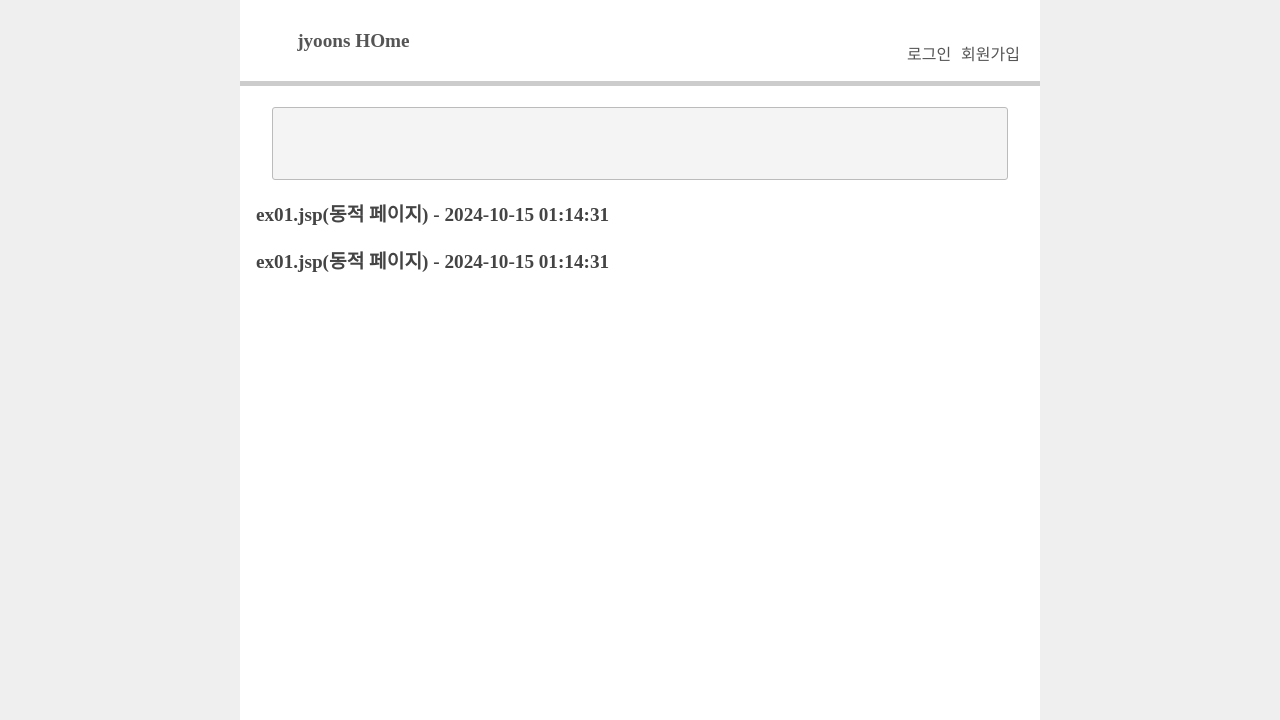
Repository: jyoons00/JSP-sample
Page: http://localhost/jspPro/days01/ex01.jsp
These files come from the project's save history. The page is drawn as it stood at one moment and after the next save; the edit follows.
The browser window is 1280 px wide. The pictures show the whole page.
Some web fonts or font styles are not loaded; a fallback is used. The page is served by Tomcat 9. Other server files are loaded and not shown.

Above is the page before, as saved 2024-10-15 03:09:09.
Console error: SyntaxError: Unexpected number

### jspPro/src/main/webapp/days01/ex01.jsp
<%@page import="java.text.SimpleDateFormat"%>
<%@page import="java.util.Date"%>
<%@ page contentType="text/html; charset=UTF-8" pageEncoding="UTF-8"%>

<%
	// 스크립트릿(Scriptlet)
 	// 자바코딩(변수, 제어문 등등)
	Date now = new Date();

	// 2024-10-15 11:10:45
	String pattern = "yyyy-MM-dd hh:mm:ss";
	SimpleDateFormat sdf = new SimpleDateFormat(pattern);
	String strNow = sdf.format(now);
	// System.out.printf("> strNow : %s\n", strNow);
%>
<!DOCTYPE html>
<html>
  <head>
    <meta charset="UTF-8" />
    <title>Insert title here</title>
    <link
      rel="shortcut icon"
      type="image/x-icon"
      href="http://localhost/jspPro/images/SiSt.ico"
    />
    <script src="https://ajax.googleapis.com/ajax/libs/jquery/3.7.1/jquery.min.js"></script>
    <meta name="viewport" content="width=device-width, initial-scale=1.0" />
    <link
      rel="stylesheet"
      href="http://localhost/jspPro/resources/cdn-main/example.css"
    />
    <script src="http://localhost/jspPro/resources/cdn-main/example.js"></script>
    <style>
      span.material-symbols-outlined {
        vertical-align: text-bottom;
      }
    </style>
  </head>
  <body>
    <header>
      <h1 class="main">
        <a href="#" style="position: absolute; top: 30px">jyoons HOme</a>
      </h1>
      <ul>
        <li><a href="#">로그인</a></li>
        <li><a href="#">회원가입</a></li>
      </ul>
    </header>
    <div>
      <xmp class="code">

  	  </xmp>

  	    <h3>ex01.jsp(동적 페이지) - <%= strNow %></h3>
  	    <h3>ex01.jsp(동적 페이지) - <%  out.print(strNow); %></h3>
    </div>

    <script>
    	let now = <%= strNow %>;
    </script>
  </body>
</html>

### jspPro/src/main/webapp/resources/cdn-main/example.css
@charset "UTF-8";

@import url('https://fonts.googleapis.com/css2?family=Material+Symbols+Outlined:opsz,wght,FILL,GRAD@20..48,100..700,0..1,-50..200');

@font-face {
    font-family: 'GmarketSansMedium';
    src: url('https://cdn.jsdelivr.net/gh/projectnoonnu/noonfonts_2001@1.1/GmarketSansMedium.woff') format('woff');
    font-weight: normal;
    font-style: normal;
}

:root {
	--text-color: #555;
	--sub-text-color: #777;
	--back-color: #EFEFEF;
	--header-color: #444;
	--primary-color: #DEDEDE;
	--secondary-color: #EFEFEF;
	--default-width: 800px;
	--narrow-width: 500px;
	--wide-width: 1200px;
	--text-font: 'GmarketSansMedium';
	--icon-font: 'Material Symbols Outlined';
	--border-color: #CCC;
}

html, body {
	margin: 0;
	padding: 0;
}

html {
	background-color: var(--back-color);
	display: flex;
	justify-content: center;
	min-height: 100vh;
}

body, body.default {
	width: var(--default-width);
	background-color: white;
	padding-bottom: 120px;
}

body.wide {
	width: var(--wide-width);
}

body.narrow {
	width: var(--narrow-width);
}



body, p, div, span, a, input, select, option, textarea, button, table, th, td, label, fieldset, legend {
	font-family: var(--text-font);
	color: var(--text-color);
}

h1, h2, h3 {
	font-family: var(--text-font);
	color: var(--header-color);
	padding: 0 1rem;
	padding-top: .5rem;
}

div > h1, div > h2, div > h3 {
	padding: 0;
}

body > div, body > main > div {
	padding: 0.3rem 1rem;
}


h1 { font-size: 2rem; border-bottom: 1px solid var(--border-color); }
h1 small { font-size: 1.2rem; color: var(--sub-text-color); }
h2 { font-size: 1.5rem; border-bottom: 1px dashed var(--border-color); }
h2 small { font-size: 1.1rem; color: --sub-text-color; }
h3 { font-size: 1.2rem; }
h3 small { font-size: 1rem; color: --sub-text-color; }



h1.main::before {
	font-family: var(--icon-font);
  	content: '\e666';
  	margin-right: 10px;
  	float: left;
	font-size: 2.5rem;
}

h1.sub::before {
	font-family: var(--icon-font);
  	content: '\ea19';
  	margin-right: 10px;
  	float: left;
	font-size: 2.5rem;
}


h1.page::before {
	font-family: var(--icon-font);
  	content: '\e0e0';
  	margin-right: 10px;
  	float: left;
	font-size: 2.5rem;
}

body > header > ul > li > .active{
	background-color: #FFF;
	color:#F00;
}

body > header {
	display: flex;
	justify-content: space-between;
	border-bottom: 5px solid var(--border-color);
	min-height: 74px;
	background-color: #FFF;
}

body > header.sticky {
	position: sticky;
	top: 0;
	z-index: 98;
}

body > header > h1 {
	font-size: 1.2rem;
	border: 0;
}

body > header.in > h1::before {
	font-family: var(--icon-font);
  	content: '\e332‥';
  	margin-right: 3px;
  	float: left;
	font-size: 2rem;
}


body > header > ul {
	list-style-type: none;
	display: flex;
	align-items: flex-end;
	margin-right: 10px;
}

body > header > ul > li {
	margin-right: 10px;
	cursor: pointer;
}

body > header > ul > li > a {
	cursor: pointer;
}


form {
	display: block;
}

form > div {
	padding: 0.3rem 1rem;
}

div > form > div {
	padding: 0.3rem 0;
}

input, textarea, button, select {
	border: 1px solid #BBB;
	border-radius: 3px;
	outline: none;
	resize: none;
	padding: 7px;
	margin: 0;
}

input[type=text]:read-only, textarea:read-only {
	cursor: not-allowed;
	background-color: #FFF;
}

input[type=text]:disabled, textarea:disabled {
	cursor: not-allowed;
	background-color: #EEE;
}

input[type=text], input[type=password], textarea, button, select {
	/* width: 300px; */
}

textarea {
	display: block;
	height: 100px;
}

input[type=button], input[type=submit], button {
	/* width: inherit; */
}

input.short, textarea.short, button.short, select.short {
	width: 100px;
}

input.long, textarea.long, button.long, select.long {
	width: 350px;
}

.narrow input.long, .narrow textarea.long, .narrow button.long, .narrow select.long {
	width: calc(100% - 20px);
}

input.full, textarea.full, button.full, select.full {
	width: calc(100% - 20px);
}

textarea.short {
	height: 50px;
}

textarea.long {
	height: 100px;
}

textarea.full {
	height: 200px;
}

input, textarea {
	padding-top: 8px;
}

input[type=button], input[type=submit], button {
	padding: 5px 10px;
	background-color: var(--secondary-color);
	cursor: pointer;
	min-height: 36px;
}

input[type=button].primary, input[type=submit].primary, button.primary {
	/* background-color: rgba(100, 149, 237, .2); */
	background-color: var(--primary-color);
}

input[type=button].primary:hover, input[type=submit].primary:hover, button.primary:hover {
	/* background-color: rgba(100, 149, 237, .3); */
	background-color: var(--secondary-color);
}

input[type=button]:hover, input[type=submit]:hover, button:hover {
	background-color: var(--primary-color);
}

button {
	position: relative;
	left: 0;
	top: 0;
	padding-left: 35px;
}

button .material-symbols-outlined {
	position: absolute;
	left: 10px;
	top: 4px;
}

/* k2nik add */
button.login::before {
	font-family: var(--icon-font);
  	content: '\ea77';
	position: absolute;
	left: 11px;
	top: 4px;
	font-size: 1.25rem;
}

/* k2nik logout */
button.logout::before {
	font-family: var(--icon-font);
  	content: '\e9ba';
	position: absolute;
	left: 11px;
	top: 4px;
	font-size: 1.25rem;
}

/* k2nik help */
button.help::before {
	font-family: var(--icon-font);
  	content: '\f1c0';
	position: absolute;
	left: 11px;
	top: 4px;
	font-size: 1.25rem;
}

button.add::before{
	font-family: var(--icon-font);
  	content: '\e746';
	position: absolute;
	left: 11px;
	top: 4px;
	font-size: 1.25rem;
}

button.back::before {
	font-family: var(--icon-font);
  	content: '\e166';
	position: absolute;
	left: 11px;
	top: 4px;
	font-size: 1.25rem;
}

button.list::before {
	font-family: var(--icon-font);
  	content: '\e0ee';
	position: absolute;
	left: 11px;
	top: 4px;
	font-size: 1.25rem;
}


button.del::before {
	font-family: var(--icon-font);
  	content: '\e872';
	position: absolute;
	left: 11px;
	top: 4px;
	font-size: 1.25rem;
}


button.edit::before {
	font-family: var(--icon-font);
  	content: '\e745';
	position: absolute;
	left: 11px;
	top: 4px;
	font-size: 1.25rem;
}


button.login::before {
	font-family: var(--icon-font);
  	content: '\ea77';
	position: absolute;
	left: 11px;
	top: 4px;
	font-size: 1.25rem;
}


button.logout::before {
	font-family: var(--icon-font);
  	content: '\e9ba';
	position: absolute;
	left: 11px;
	top: 4px;
	font-size: 1.25rem;
}


button.in::before {
	font-family: var(--icon-font);
  	content: '\f71a';
	position: absolute;
	left: 11px;
	top: 4px;
	font-size: 1.25rem;
}


button.out::before {
	font-family: var(--icon-font);
  	content: '\f70e';
	position: absolute;
	left: 11px;
	top: 4px;
	font-size: 1.25rem;
}


button.reply::before {
	font-family: var(--icon-font);
  	content: '\e15e';
	position: absolute;
	left: 11px;
	top: 4px;
	font-size: 1.25rem;
}


button.comment::before {
	font-family: var(--icon-font);
  	content: '\e0b9';
	position: absolute;
	left: 11px;
	top: 4px;
	font-size: 1.25rem;
}


button.modal::before {
	font-family: var(--icon-font);
  	content: '\e89e';
	position: absolute;
	left: 11px;
	top: 4px;
	font-size: 1.25rem;
}


button.ok::before {
	font-family: var(--icon-font);
  	content: '\e86c';
	position: absolute;
	left: 11px;
	top: 4px;
	font-size: 1.25rem;
}


button.cancel::before {
	font-family: var(--icon-font);
  	content: '\e5c9';
	position: absolute;
	left: 11px;
	top: 4px;
	font-size: 1.25rem;
}

button.search::before {
	font-family: var(--icon-font);
  	content: '\e8b6';
	position: absolute;
	left: 11px;
	top: 4px;
	font-size: 1.25rem;
}

button.home::before {
	font-family: var(--icon-font);
  	content: '\e88a';
	position: absolute;
	left: 11px;
	top: 4px;
	font-size: 1.25rem;
}


button.sidebar::before {
	font-family: var(--icon-font);
  	content: '\f7e4';
	position: absolute;
	left: 11px;
	top: 4px;
	font-size: 1.25rem;
}


button.sidebar-right::before {
	font-family: var(--icon-font);
  	content: '\f7e5';
	position: absolute;
	left: 11px;
	top: 4px;
	font-size: 1.25rem;
}




button::before {
	font-family: var(--icon-font);
  	content: '\e323';
	position: absolute;
	left: 11px;
	top: 4px;
	font-size: 1.25rem;
}


table {
	border-collapse: collapse;
	margin: 1rem;
	box-sizing: border-box;
	width: calc(100% - 32px);
}

table.content {
	width: auto;
}

div > table {
	margin: 0;
}

table th, table td {
	border: 1px solid var(--border-color);
	padding: 7px;
	font-weight: normal;
}

table th {
	background-color: var(--back-color);
}

table.vertical th {
	width: 150px;
}

table.vertical td {
	width: calc(100% - 182px);
	padding-left: 10px;
}

table.content td, table.content th {
	width: auto;
}

body.narrow table.vertical th {
	width: 100px;
}

body.narrow table.vertical td {
	width: calc(100% - 182px);
}


table + table {
	margin-top: 30px;
}


p {
	padding: 0 1rem;
}

a {
	text-decoration: none;
}

a:hover {
	color: rgba(255, 99, 71, .7);
}

hr {
	border: 0;
	border-top: 1px solid var(--border-color);
	margin: 2rem 0;
}

.message {
	border: 1px solid var(--border-color);
	background-color: #EFEFEF;
	margin: 1rem;
	width: auto;
	padding-top: 10px;
	padding-bottom: 10px;
	font-size: 14px;
}

.message[title]::before {
	content: attr(title);
	display: block;
	border-bottom: 1px solid var(--border-color);
	padding-bottom: 5px;
	margin-bottom: 10px;
	margin-top: 7px;
}

.message.short {
	max-width: 250px;
}

.message.long {
	max-width: 500px;
}

.badge {
	float: right;
	font-size: .8rem;
	margin-top: 2px;
	margin-right: 2px;
	text-shadow: 0 0 7px gray;
}

.badge.left {
	float: none;
	margin-left: 2px;
}

.badge.right {
	float: right;
}

.badge.red {
	border-radius: 50%;
	padding: 2px 5px;
	background-color: rgb(255, 99, 71, .3);
}

.badge.yellow {

	border-radius: 50%;
	padding: 2px 5px;
	background-color: rgb(255, 215, 0, .5);
}

.badge.blue {
	border-radius: 50%;
	padding: 2px 5px;
	background-color: rgb(100, 149, 237, .3);
}

label + label {
	margin-left: 7px;
}

label input[type=checkbox], label input[type=radio] {
	transform: translate(0, 1px);
}

.group {
	display: flex;
}

.modal-content .group {
	margin-bottom: .5rem;
}

.group label {
	border: 1px solid #BBB;
	border-radius: 3px;
	outline: none;
	resize: none;
	padding: 7px 14px;
	margin: 0;
	border-top-right-radius: 0;
	border-bottom-right-radius: 0;
	background-color: #EFEFEF;
	white-space: nowrap;
	font-size: 14px;
}

.group input[type=text] {
	margin-left: -1px;
	border-top-left-radius: 0;
	border-bottom-left-radius: 0;
}

.group select {
	margin-left: -1px;
	border-top-left-radius: 0;
	border-bottom-left-radius: 0;
}

.group input.full[type=text] {
	margin-left: -1px;
	border-top-left-radius: 0;
	border-bottom-left-radius: 0;
	width: 100%;
}

.group input[type=button]:first-child, .group button:first-child {
	border-top-left-radius: 3px;
	border-bottom-left-radius: 3px;
	margin-left: 0px;
}

.group input[type=button], .group button {
	border-radius: 0;
	margin-left: -1px;
}

.group input[type=button]:last-child, .group button:last-child {
	margin-left: -1px;
	border-top-right-radius: 3px;
	border-bottom-right-radius: 3px;
}

.seperate {
	display: flex;
	justify-content: space-between;
}

div.list {
	width: max-content;
	margin: 1rem;
	border: 1px solid #BBB;
	border-radius: 3px;
	padding: 0;
}

div.list.full {
	width: auto;
	display: block;
	margin: 1rem;
	border: 1px solid #BBB;
	border-radius: 3px;
	padding: 0;
}

div.list > div {
	padding: .5rem 1rem;
	margin: 0;
	border-bottom: 1px solid #BBB;
}

div.list > div:last-child {
	border-bottom: 0;
}

pre.code , xmp.code{
	font-family: consols;
	background-color: rgba(150, 150, 150, .1);
	border: 1px solid #BBB;
	border-radius: 3px;
	padding: .5rem 1rem;
	padding-bottom: .6rem;
	margin: 1rem;
}




*[data-modal-window] {
	position: fixed;
	background-color: rgba(0, 0, 0, .3);
	left: 0;
	top: 0;
	display: none;
	justify-content: center;
	align-items: flex-start;
	width: 100%;
	min-height: 100vh;
	z-index: 100;
	opacity: 0;
	transition: 500ms all;
}

*[data-modal-window] .modal-container {
	border-radius: 5px;
	padding: 1rem;
	padding-bottom: .5rem;
	margin-top: -500px;
	opacity: 0;
	width: 500px;
	background-color: #FFF;
	margin-right: 2rem;
	transition: 500ms all;
}

*[data-modal-size=content] .modal-container {
	width: auto;
}

*[data-modal-size=narrow] .modal-container {
	width: 300px;
}

*[data-modal-size=wide] .modal-container {
	width: 760px;
}


*[data-modal-window] .modal-header {
	border-bottom: 1px solid var(--border-color);
	padding: 2px 5px;
}

*[data-modal-window] .modal-content {
	padding: 1rem 5px;
}

*[data-modal-window] .modal-content div:last-child {
	margin-top: 1rem;
	text-align: right;
}



*[data-sidebar-window] {
	position: fixed;
	background-color: #FFF;
	left: 0;
	top: 0;
	display: block;
	width: 300px;
	border-right: 1px solid var(--border-color);
	box-sizing: border-box;
	box-shadow: 0 0 3px var(--back-color);
	min-height: 100vh;
	z-index: 99;
	transform: translate(-300px, 0);
	transition-duration: 500ms;
	transition-property: transform;
}

*[data-sidebar-direction=right] {
	left: auto;
	right: 0;
	transform: translate(300px, 0);
	border-left: 1px solid var(--border-color);
}

*[data-sidebar-size=wide] {
	width: 500px;
	transform: translate(-500px, 0);
}

*[data-sidebar-window] .sidebar-title {
	border-bottom: 1px solid var(--border-color);
	margin-top: 20px;
	margin-bottom: 20px;
	padding-bottom: 5px;
	display: flex;
	justify-content: space-between;
}

*[data-sidebar-window] .sidebar-title span:last-child {
	cursor: pointer;
}


/* K2Nik pagination */
.center {
  text-align: center;
}

.pagination {
  display: inline-block;
}

.pagination a {
  color: black;
  float: left;
  padding: 3px 6px;
  text-decoration: none;
  transition: background-color .3s;
  border: 1px solid #ddd;
  margin: 0 3px;
}

.pagination a.active {
  background-color: #4CAF50;
  color: white;
  border: 1px solid #4CAF50;
}

.pagination a:hover:not(.active) {background-color: #ddd;}

### jspPro/src/main/webapp/resources/cdn-main/example.js

window.onload = () => {

    const list = document.querySelectorAll('input, textarea');

    list.forEach(item => {
        item.setAttribute('autocomplete', 'off');
    });


    const modal_btn_list = document.querySelectorAll('*[data-modal-button]');

    modal_btn_list.forEach(item => {
        item.onclick = function() {

            const name = this.dataset['modalButton'];
            const modal_window = document.querySelector('*[data-modal-window=' + name);

            const container = document.createElement('div');
            container.className = 'modal-container';



            const modal_header = document.createElement('div');
            modal_header.textContent = modal_window.dataset['modalTitle'];
            modal_header.className = 'modal-header';
            container.appendChild(modal_header);

            const modal_content = document.createElement('div');
            modal_content.className = 'modal-content';
            container.appendChild(modal_content);

            Array.from(modal_window.childNodes).forEach(item => {
                modal_content.appendChild(item);
            });

            modal_window.appendChild(container);

            modal_window.style.display = 'flex';

            setTimeout(() => {
                modal_window.style.opacity = 1;
                container.style.marginTop = '20px';
                container.style.opacity = 1;
            }, 50);


            const modal_ok = document.querySelector('*[data-modal-ok=' + name);
            modal_ok.addEventListener('click', function() {
                modal_window.style.opacity = 0;
                container.style.marginTop = '-500px';
                container.style.opacity = 0;

                setTimeout(() => {
                    modal_window.innerHTML = modal_content.innerHTML;
                    modal_window.style.display = 'none';
                }, 500);

            });

            const modal_cancel = document.querySelector('*[data-modal-cancel=' + name);
            modal_cancel.addEventListener('click', function() {

                modal_window.style.opacity = 0;
                container.style.marginTop = '-500px';
                container.style.opacity = 0;

                setTimeout(() => {
                    modal_window.innerHTML = modal_content.innerHTML;
                    modal_window.style.display = 'none';
                }, 500);
            });


        };
    });


    const sidebar_btn_list = document.querySelectorAll('*[data-sidebar-button]');

    sidebar_btn_list.forEach(item => {
        item.onclick = function() {



            const name = this.dataset['sidebarButton'];
            const sidebar_window = document.querySelector('*[data-sidebar-window=' + name);

            if (sidebar_window.style.transform == 'translate(0px, 0px)') return;



            sidebar_window.style.transform = 'translate(0, 0)';

            const sidebar_title = document.createElement('div');
            sidebar_title.className = 'sidebar-title';
            sidebar_title.innerHTML = '<span>' + sidebar_window.dataset['sidebarTitle'] + '</span><span class="material-symbols-outlined">close</span>';

            sidebar_title.children[1].onclick = function() {

                let sign = 1;
                let distance = 300;

                if (sidebar_window.dataset['sidebarDirection'] != 'right') {
                    sign = -1;
                } else {
                    sign = 1;
                }

                if (sidebar_window.dataset['sidebarSize'] != 'wide') {
                    distance = 300;
                } else {
                    distance = 500;
                }

                distance *= sign;

                sidebar_window.style.transform = 'translate(' + distance + 'px, 0)';

                setTimeout(function() {
                    sidebar_window.removeChild(sidebar_window.children[0]);
                }, 500);
            };


            sidebar_window.prepend(sidebar_title);

        }
    });

};

// window.onkeydown = function(event) {

//     if (event.keyCode == 27) {
//         if (document.querySelector('[data-modal-window').style.display == 'flex') {
//             document.querySelector('[data-modal-window').style.display = 'none';
//         }
//     }

// };

After the next save:
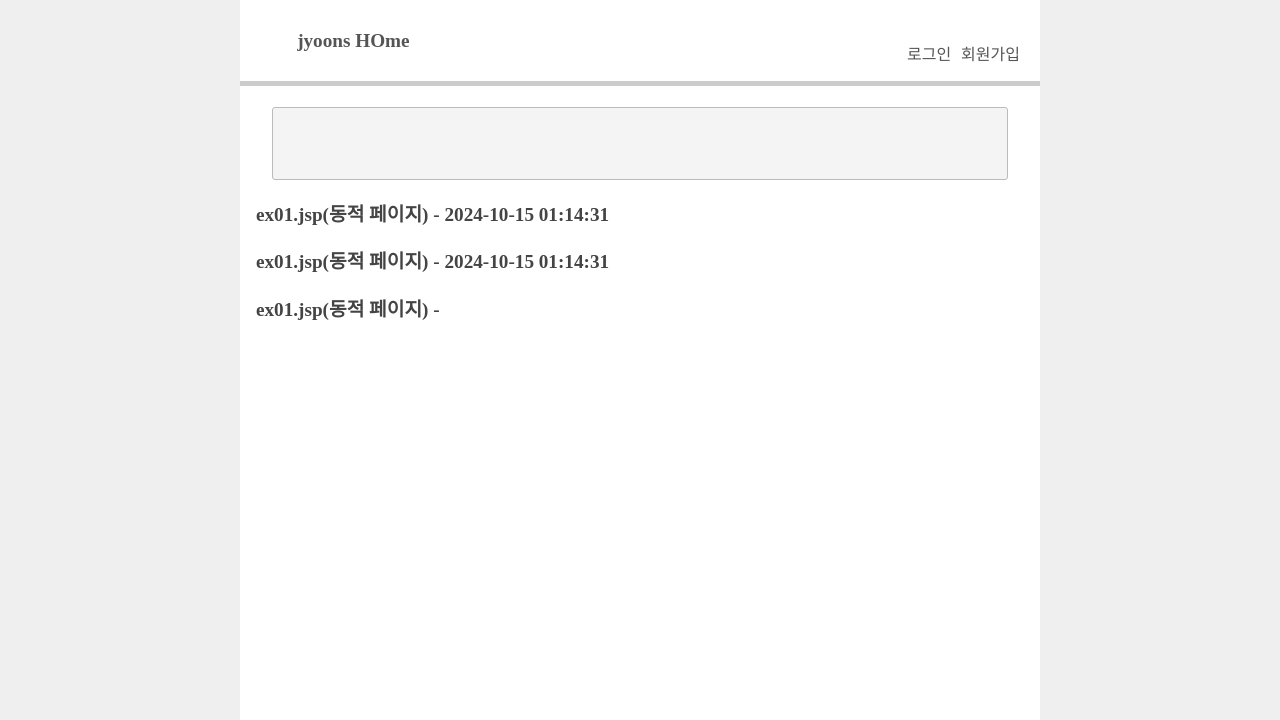
Saved 26 s later.
--- a/jspPro/src/main/webapp/days01/ex01.jsp
+++ b/jspPro/src/main/webapp/days01/ex01.jsp
@@ -53,6 +53,7 @@
 
   	    <h3>ex01.jsp(동적 페이지) - <%= strNow %></h3>
   	    <h3>ex01.jsp(동적 페이지) - <%  out.print(strNow); %></h3>
+  	    <h3>ex01.jsp(동적 페이지) - <span id="now"></span></h3>
     </div>
 
     <script>
